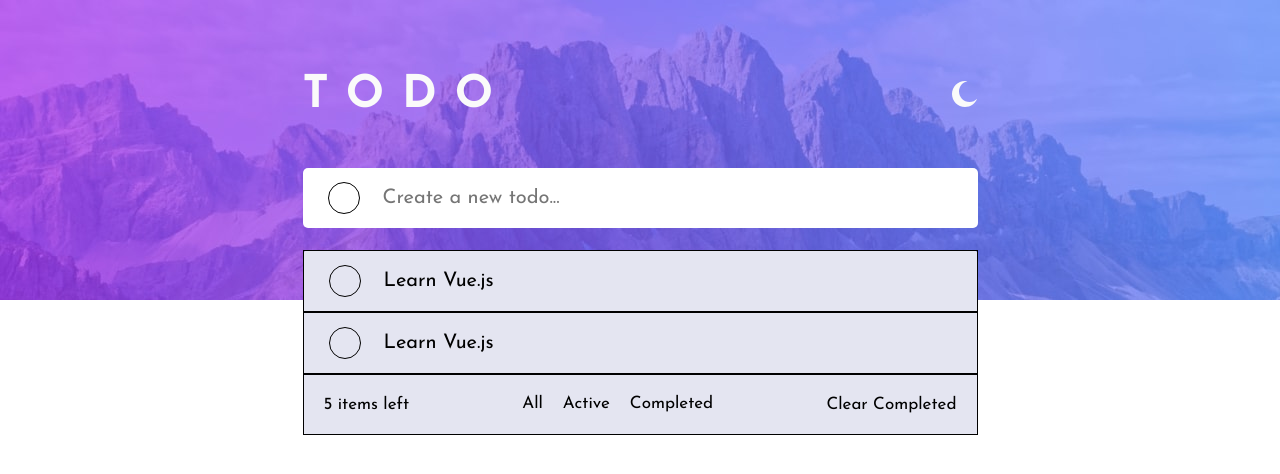
Repository: tomas938/todo-app
Page: /
These files come from the project's save history. The page is drawn as it stood at one moment and after the next save; the edit follows.
The browser window is 1280 px wide. The pictures show the whole page.
The project was rebuilt for these pictures with package versions that can differ from the ones it lists, and the page was loaded fresh each time.

Above is the page before, as saved 2021-08-18 11:51:28.

### src/main.js
import { createApp } from "vue";
import App from "./App.vue";
import router from "./router";

createApp(App)
	.use(router)
	.mount("#app");

### src/App.vue
<template>
	<router-view />
</template>

<style lang="scss">
@import "/src/scss/_variables";
:root {
	--bg-color: hsl(236, 33%, 92%);
}
* {
	margin: 0;
	padding: 0;
	box-sizing: border-box;
}
html {
	font-size: 62.5%;
}
body {
	font-size: 1.8rem;
	font-family: $font-primary;
}
li {
	list-style: none;
}
</style>

### src/router/index.js
import { createRouter, createWebHashHistory } from "vue-router";
import Home from "../views/Home.vue";

const routes = [
	{
		path: "/",
		name: "Home",
		component: Home,
	},
];

const router = createRouter({
	history: createWebHashHistory(),
	routes,
});

export default router;

### src/scss/_variables.scss
// LINK COLLORS-PRIMARY //

$primary: hsl(220, 98%, 61%);
$primary-bg: linear-gradient hsl(192, 100%, 67%) to hsl(280, 87%, 65%);

// LINK LIGHT THEME //

$light-gray: hsl(0, 0%, 98%);
$very-light-grayish-blue: hsl(236, 33%, 92%);
$light-grayish-blue: hsl(233, 11%, 84%);
$dark-grayish-blue: hsl(236, 9%, 61%);
$very-dark-grayish-blue: hsl(235, 19%, 35%);

// LINK DARK THEME //

$very-dark-blue: hsl(235, 21%, 11%);
$dark-desaturated-blue: hsl(235, 24%, 19%);
$light-grayish-blue--dark: hsl(234, 39%, 85%);
$light-grayish-blue--dark-hover: hsl(236, 33%, 92%);
$dark-grayish-blue--dark: hsl(234, 11%, 52%);
$very-dark-grayish-blue--dark: hsl(233, 14%, 35%);
$very-dark-grayish-blue--dark-2: hsl(237, 14%, 26%);

// LINK FONT //

@import url("https://fonts.googleapis.com/css2?family=Josefin+Sans:wght@400;700&display=swap");
$font-primary: "Josefin Sans", sans-serif;
$light: 400;
$bold: 700;

### src/views/Home.vue
<template>
	<Header />
	<Todos />
</template>

<script>
import Header from "../components/Header";
import Todos from "../components/Todos.vue";
export default {
	components: {
		Header,
		Todos,
	},
};
</script>
<style lang="scss"></style>

### src/components/Header.vue
<template>
	<header>
		<nav class="nav container">
			<div class="nav__title">
				<h1>todo</h1>
			</div>
			<svg
				v-if="ligth"
				@click="changeTheme"
				class="nav__theme"
				xmlns="http://www.w3.org/2000/svg"
				width="26"
				height="26"
			>
				<path
					fill="#fafafa"
					fill-rule="evenodd"
					d="M13 0c.81 0 1.603.074 2.373.216C10.593 1.199 7 5.43 7 10.5 7 16.299 11.701 21 17.5 21c2.996 0 5.7-1.255 7.613-3.268C23.22 22.572 18.51 26 13 26 5.82 26 0 20.18 0 13S5.82 0 13 0z"
				/>
			</svg>
			<svg
				v-else
				@click="changeTheme"
				xmlns="http://www.w3.org/2000/svg"
				width="26"
				height="26"
			>
				<path
					fill="#fafafa"
					fill-rule="evenodd"
					d="M13 21a1 1 0 011 1v3a1 1 0 11-2 0v-3a1 1 0 011-1zm-5.657-2.343a1 1 0 010 1.414l-2.121 2.121a1 1 0 01-1.414-1.414l2.12-2.121a1 1 0 011.415 0zm12.728 0l2.121 2.121a1 1 0 01-1.414 1.414l-2.121-2.12a1 1 0 011.414-1.415zM13 8a5 5 0 110 10 5 5 0 010-10zm12 4a1 1 0 110 2h-3a1 1 0 110-2h3zM4 12a1 1 0 110 2H1a1 1 0 110-2h3zm18.192-8.192a1 1 0 010 1.414l-2.12 2.121a1 1 0 01-1.415-1.414l2.121-2.121a1 1 0 011.414 0zm-16.97 0l2.121 2.12A1 1 0 015.93 7.344L3.808 5.222a1 1 0 011.414-1.414zM13 0a1 1 0 011 1v3a1 1 0 11-2 0V1a1 1 0 011-1z"
				/>
			</svg>
		</nav>
		<div class="new-todo">
			<input type="text" placeholder="Create a new todo..." />
		</div>
	</header>
</template>

<script>
export default {
	data() {
		return {
			ligth: true,
			body: document.body,
		};
	},
	methods: {
		changeTheme() {
			this.ligth = !this.ligth;
			if (!this.ligth) {
				this.body.classList.remove("light");
				this.body.classList.add("dark");
			} else {
				this.body.classList.remove("dark");
				this.body.classList.add("light");
			}
		},
	},
	mounted() {
		this.body.classList.add("light");
	},
};
</script>

<style lang="scss" scoped>
@import "/src/scss/_variables";

header {
	height: 30rem;
	display: flex;
	flex-direction: column;
	align-items: center;
	justify-content: center;
	gap: 5rem;
	padding: 3rem;
	background-image: url(../assets/bg-desktop-light.jpg);
	background-repeat: no-repeat;
	background-size: cover;
}
.nav {
	max-width: 67.5rem;
	width: 100%;
	display: flex;
	justify-content: space-between;
	align-items: baseline;
	&__title h1 {
		font-size: 4.5rem;
		letter-spacing: 1.8rem;
		text-transform: uppercase;
	}

	svg {
		cursor: pointer;
	}
}
.new-todo {
	max-width: 67.5rem;
	width: 100%;
	position: relative;
	&::before {
		content: "";
		position: absolute;
		top: 50%;
		transform: translateY(-50%);
		left: 2.5rem;
		width: 3rem;
		height: 3rem;
		border-radius: 50%;
		border: 1px solid black;
	}
}
input {
	width: 100%;
	outline: none;
	border: none;
	padding: 2rem;
	padding-left: 8rem;
	border-radius: 0.5rem;
	font-size: 2rem;
	font-family: $font-primary;
	font-weight: $light;
}
h1 {
	color: $light-gray;
}
</style>

### src/components/Todos.vue
<template>
	<main>
		<ul class="todos">
			<li class="todo-item">
				<span>Learn Vue.js</span>
			</li>
			<li class="todo-item">
				<span>Learn Vue.js</span>
			</li>
			<div class="filters">
				<div class="items-left">
					<span>5 items left</span>
				</div>
				<div class="filter">
					<span>All</span>
					<span>Active</span>
					<span>Completed</span>
				</div>
				<div class="clear">
					<span>Clear Completed</span>
				</div>
			</div>
		</ul>
	</main>
</template>

<script>
export default {};
</script>

<style lang="scss" scoped>
@import "/src/scss/_variables";

main {
	display: flex;
	justify-content: center;
	transform: translateY(-5rem);
}
.todos {
	max-width: 67.5rem;
	width: 100%;
	border-radius: 0.5rem;
	background-color: var(--bg-color);
}
.todo-item {
	position: relative;
	width: 100%;
	padding: 2rem;
	padding-left: 8rem;
	font-size: 2rem;
	font-family: $font-primary;
	font-weight: $light;
	border: 1px solid black;

	// FIXME maybe group styling //
	&::before {
		cursor: pointer;
		content: "";
		position: absolute;
		top: 50%;
		transform: translateY(-50%);
		left: 2.5rem;
		width: 3rem;
		height: 3rem;
		border-radius: 50%;
		border: 1px solid black;
	}
	&::after {
		opacity: 0;
		cursor: pointer;
		content: "";
		position: absolute;
		right: 2.5rem;
		width: 2.6rem;
		height: 2.6rem;
		background-image: url(../assets/icon-cross.svg);
		background-repeat: no-repeat;
	}
	&:hover:after {
		transition: opacity 0.5s ease-in-out;
		opacity: 1;
	}
}
.filters {
	display: flex;
	justify-content: space-between;
	border: 1px solid black;
	padding: 2rem;
	.filter {
		display: flex;
		gap: 2rem;
		span {
			&:first-child {
			}
		}
	}
	.items-left {
		span {
			cursor: auto;
		}
	}
	span {
		cursor: pointer;
		font-size: 1.7rem;
	}
}
</style>

Loaded but not shown: public/index.html (common file)

After the next save:
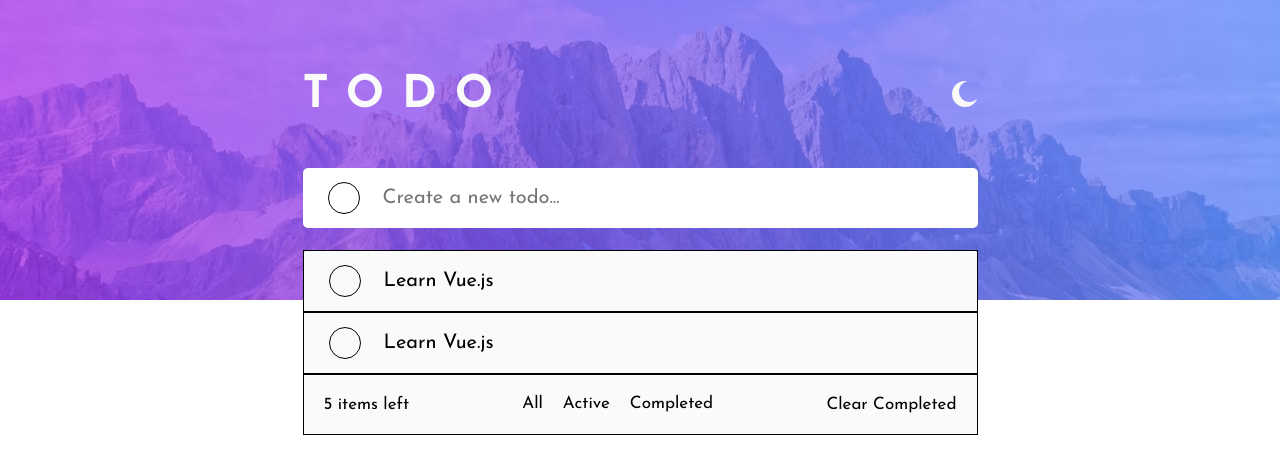
Saved 19 s later.
--- a/src/App.vue
+++ b/src/App.vue
@@ -5,7 +5,7 @@
 <style lang="scss">
 @import "/src/scss/_variables";
 :root {
-	--bg-color: hsl(236, 33%, 92%);
+	--bg-color: hsl(0, 0%, 98%);
 }
 * {
 	margin: 0;
